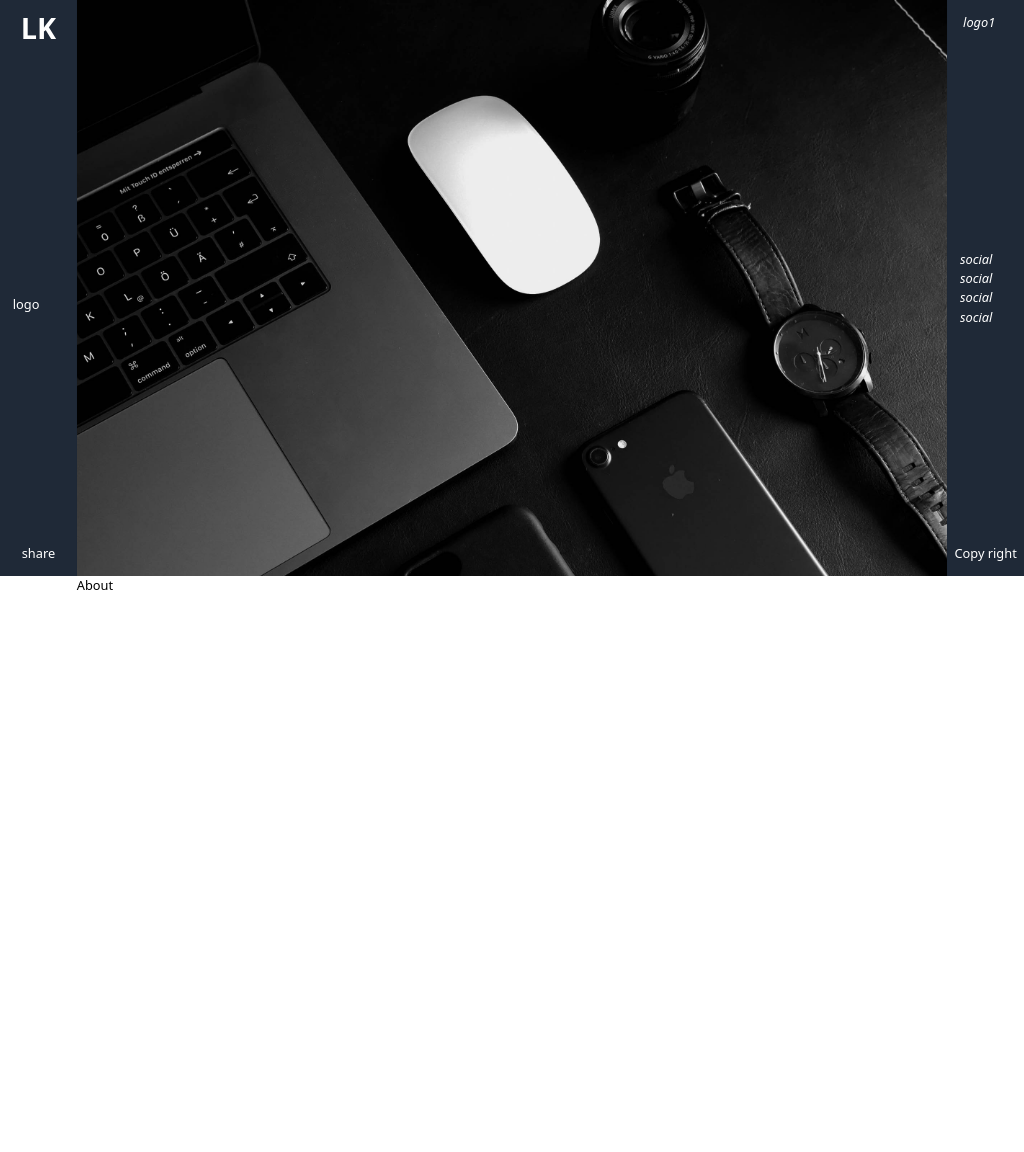
Repository: linco6054/template-tailwindcss
Page: index.html
An editor plug-in stored every save of this project. The page is shown before and after the next save, followed by the edit.
The browser window is 1280 px wide. The pictures show the whole page, at 80% of full size.

Above is the page before, as saved 2021-08-17 15:43:39.

### index.html
<!DOCTYPE html>
<html lang="en">
  <head>
    <meta charset="UTF-8" />
    <meta http-equiv="X-UA-Compatible" content="IE=edge" />
    <meta name="viewport" content="width=device-width, initial-scale=1.0" />
    <link
      href="https://unpkg.com/tailwindcss@^2/dist/tailwind.min.css"
      rel="stylesheet"
    />

    <title>Document</title>
  </head>
  <body class="text-white relative max-w-full h-auto flex flex-col lg:flex-row">
    <!-- nav -->
    <nav
      class="
        fixed
        top-0
        lg:left-0
        overflow-hidden
        bg-gray-800
        h-20
        flex
        justify-between
        lg:flex-col
        items-center
        w-full
        lg:w-24 lg:h-screen
      "
    >
      <span><h1 class="mx-4 lg:mt-4 text-4xl font-bold">LK</h1></span>
      <div class="mx-4 cursor-pointer">
        <i class="opacity-0 hover:opacity-100">menu</i>
        <span>logo</span>
      </div>

      <span class="mx-4 lg:mb-4">share</span>
    </nav>
    <!-- pages -->
    <section
      class="
        px-0
        lg:px-24
        overflow-hidden
        flex-col
        w-4/5
        lg:w-full
        h-auto
        text-black
      "
    >
      <div class="h-screen relative overflow-hidden">
        <img class="absolute z-0" src="/images/bg.jpg" alt="">
         <div class="absolute top-0 z-10">

    </div>
        </div>
      </div>
      <div class="h-screen">About</div>
    </section>
    <!-- footer -->
    <footer
      class="
        lg:fixed lg:right-0
        overflow-hidden
        w-full
        lg:w-24
        bg-gray-800
        h-20
        flex
        lg:h-screen
        flex-row-reverse
        justify-between
        items-center
        lg:flex-col
      "
    >
      <span class="mr-4 lg:mt-4">
        <i>logo1</i>
      </span>
      <span class="ml-4">
        <i>social</i>
        <i>social</i>
        <i>social</i>
        <i>social</i>
      </span>
      <span class="hidden lg:block lg:mb-4">Copy right</span>
    </footer>
  </body>
</html>

After the next save:
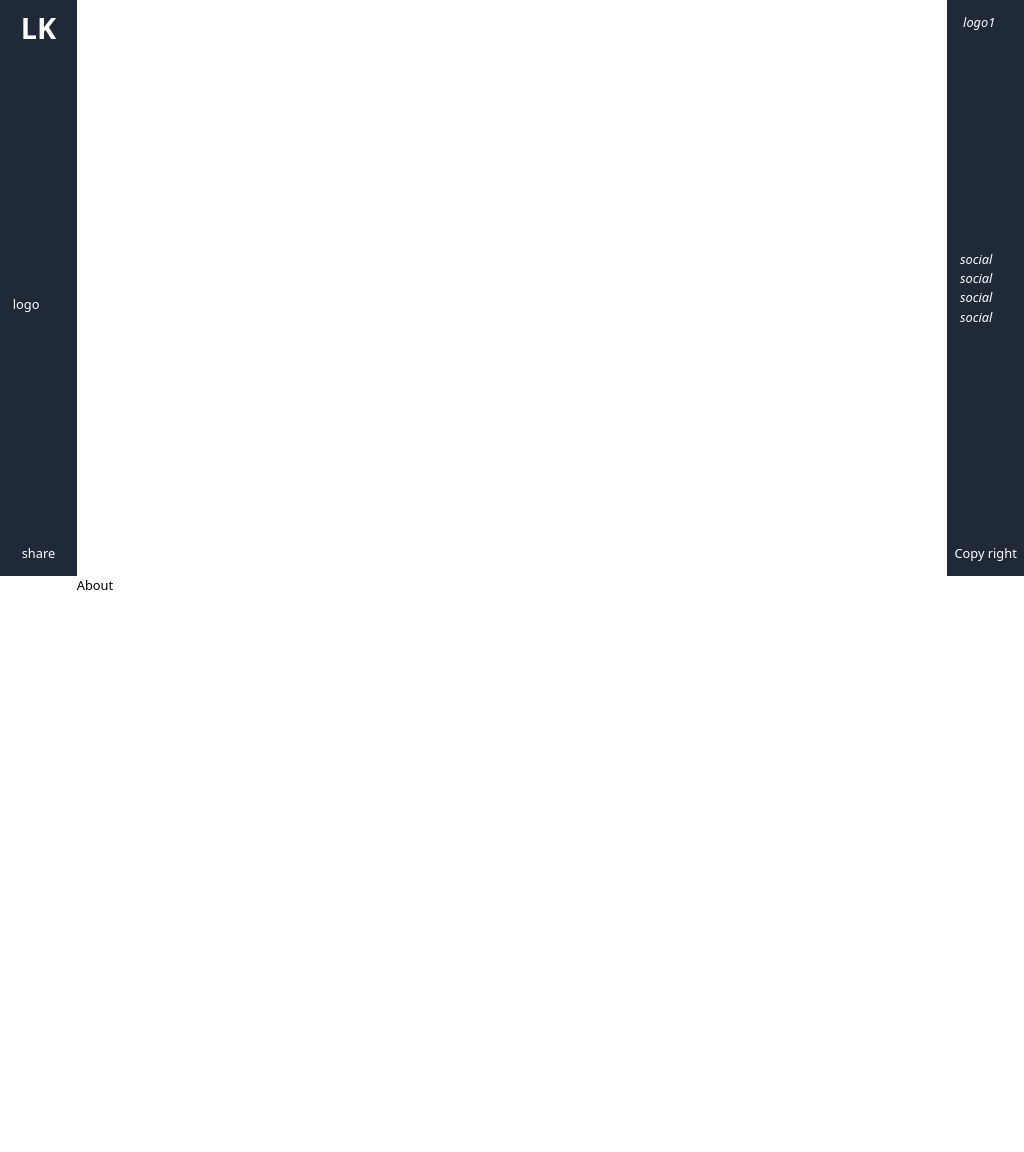
Saved 8 s later.
--- a/index.html
+++ b/index.html
@@ -51,8 +51,8 @@
       "
     >
       <div class="h-screen relative overflow-hidden">
-        <img class="absolute z-0" src="/images/bg.jpg" alt="">
-         <div class="absolute top-0 z-10">
+        <!-- <img class="absolute z-0" src="/images/bg.jpg" alt="">
+         <div class="absolute top-0 z-10"> -->
 
     </div>
         </div>
